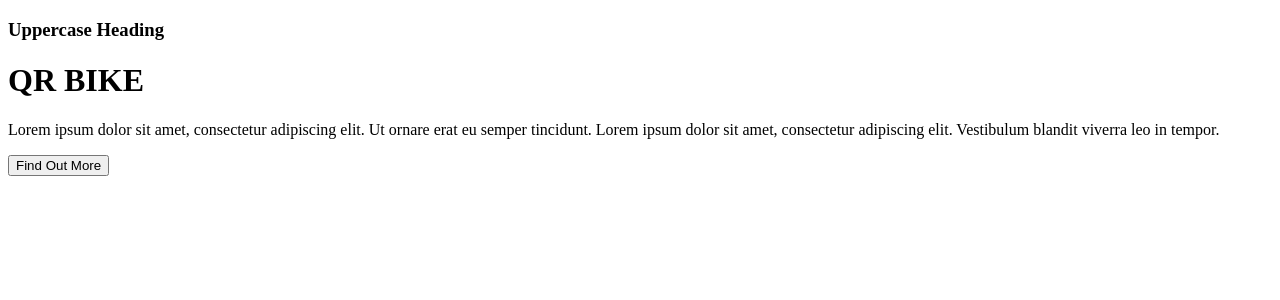
Repository: andrealepori/qrbike
Page: index.html
The author's editor kept a copy of each file at every save. The page is drawn from the files as they stood at one save, then again after the next save.
The browser window is 1280 px wide. The pictures show the whole page.

Above is the page before, as saved 2020-09-16 10:47:00.

### index.html
<!DOCTYPE html>
<html lang="en">
<head>
    <meta charset="UTF-8">
    <meta name="viewport" content="width=device-width, initial-scale=1.0">
    <title>Home - QR BIKE</title>


	<link type="text/css" rel="stylesheet" href="css/style.css" />

</head>
<body>


<header>

    <div class="container">
        <div class="item">
          <h3>Uppercase Heading</h3>
          <h1 class="title">QR BIKE</h1>
          <p>Lorem ipsum dolor sit amet, consectetur adipiscing elit. Ut ornare erat eu semper tincidunt. Lorem ipsum dolor sit amet, consectetur adipiscing elit. Vestibulum blandit viverra leo in tempor.</p>
          <button class="btn btn-primary">Find Out More</button>
        </div>
      </div>

</header>





















</body>
</html>

Loaded but not shown: style.css (no stored copy; drawn as an empty file)

After the next save:
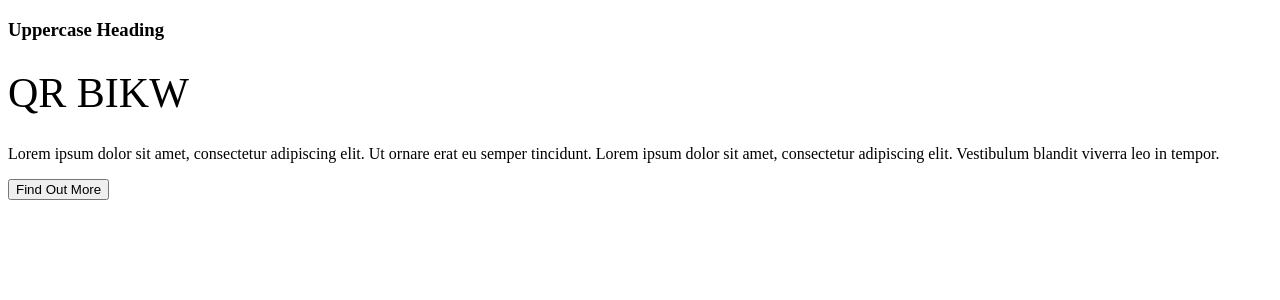
Saved 3 min 34 s later.
--- a/index.html
+++ b/index.html
@@ -17,7 +17,9 @@
     <div class="container">
         <div class="item">
           <h3>Uppercase Heading</h3>
-          <h1 class="title">QR BIKE</h1>
+
+          <h1 style="font-family:'Sabado Regular';font-weight:normal;font-size:42px">QR BIKW</h1>
+
           <p>Lorem ipsum dolor sit amet, consectetur adipiscing elit. Ut ornare erat eu semper tincidunt. Lorem ipsum dolor sit amet, consectetur adipiscing elit. Vestibulum blandit viverra leo in tempor.</p>
           <button class="btn btn-primary">Find Out More</button>
         </div>
